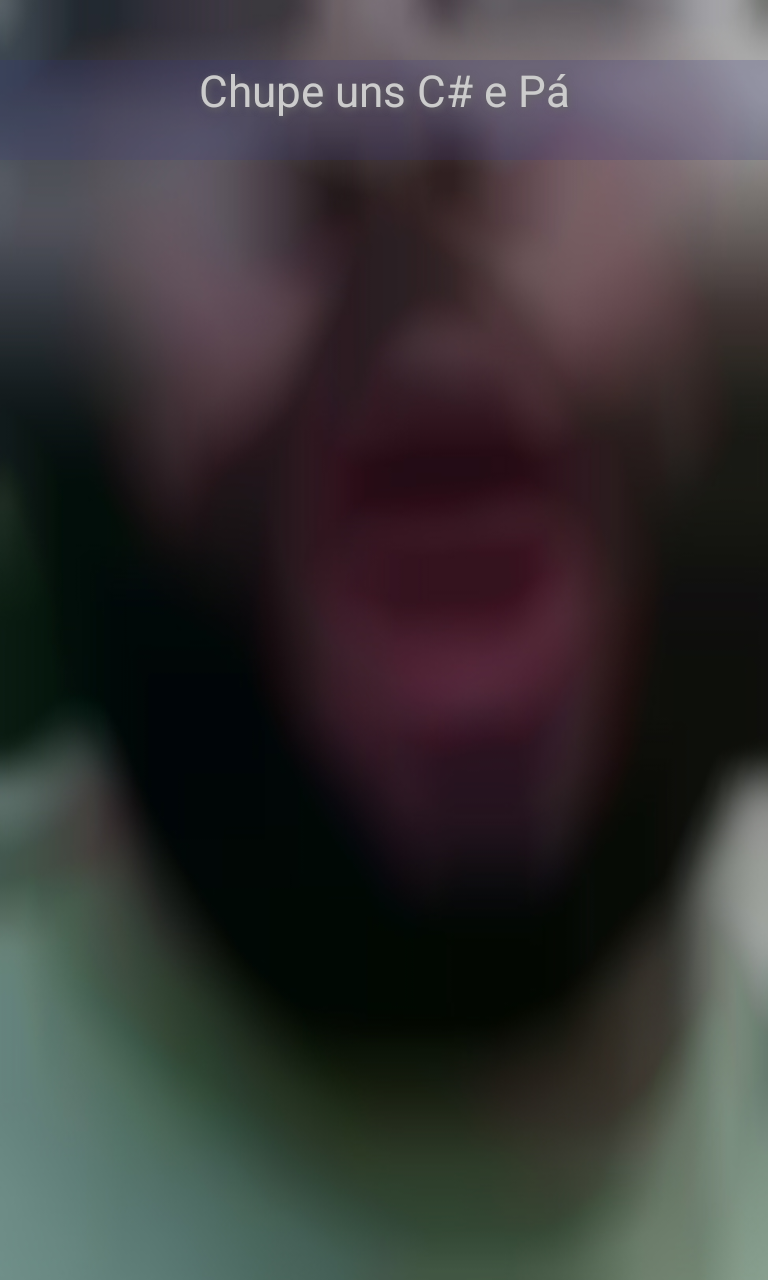
Repository: Cookahn/bioca_sounds
Layout: ChicoBiocaApp/res/layout/remix_activity.xml
An editor plug-in stored every save of this project. The layout is shown before and after the next save, followed by the edit.
It is drawn on a 768 x 1280 px phone screen (xhdpi) without system bars, with theme AppTheme; the app's code is not run.

Above is the layout before, as saved 2014-08-13 14:44:17.

After the next save:
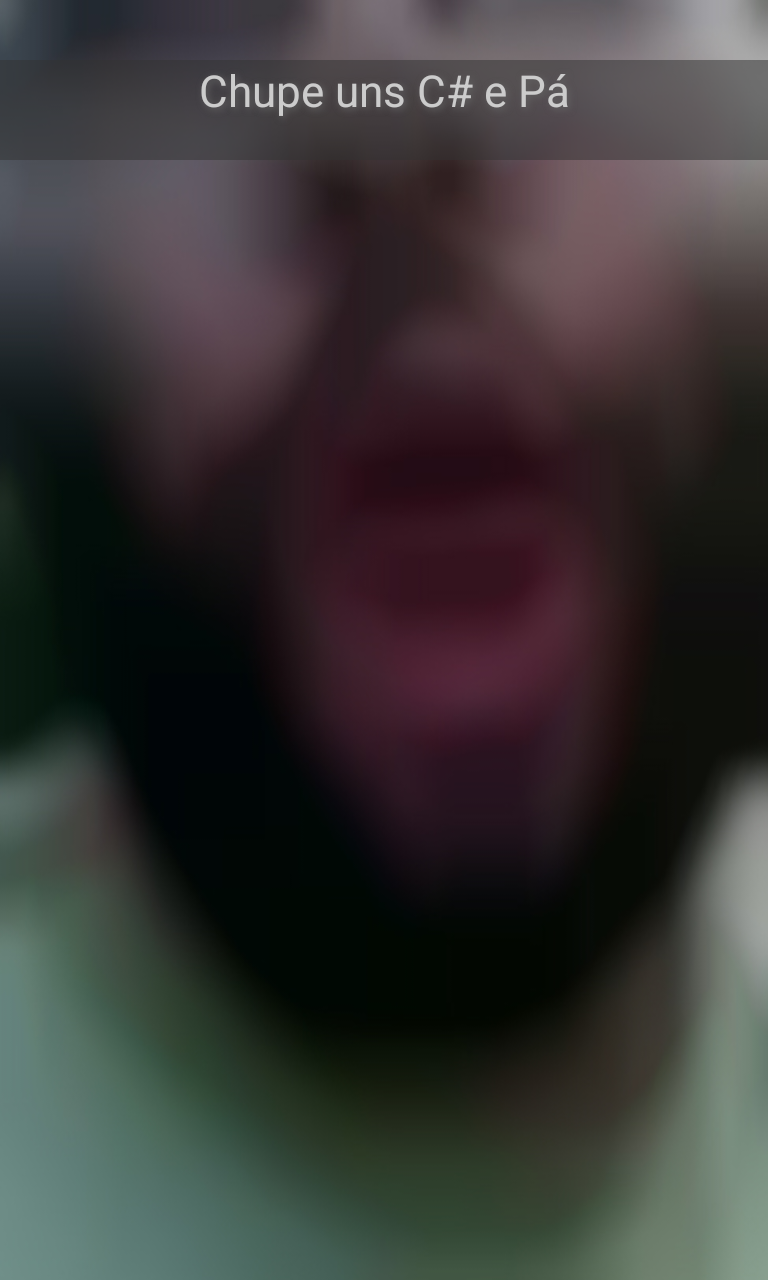
Saved 26 s later.
--- a/ChicoBiocaApp/res/layout/remix_activity.xml
+++ b/ChicoBiocaApp/res/layout/remix_activity.xml
@@ -14,7 +14,7 @@
         android:gravity="center_horizontal"
         android:shadowColor="#666"
         android:shadowDx="2"
-        android:background="#33333380"
+        android:background="#80333333"
         android:shadowDy="2"
         android:shadowRadius="6"
         android:text="@string/suck_an_ass_and_pa"
